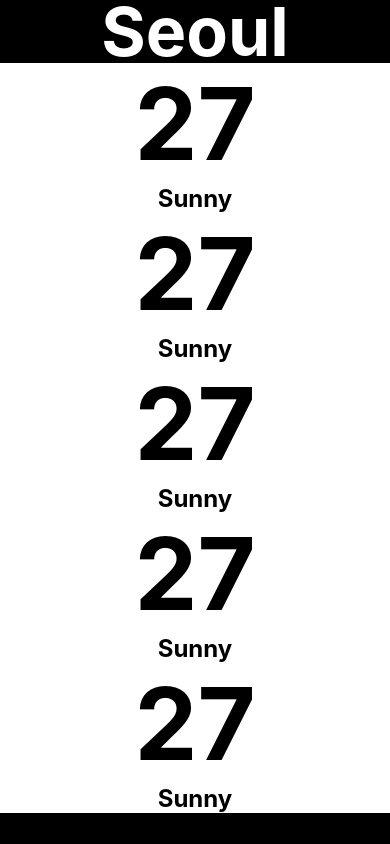
Repository: NewTurn2017/React-Native-Weather-App
Screen: /
The author's editor kept a copy of each file at every save. The screen is drawn from the files as they stood at one save, then again after a run of saves.
An inner scrolling area shows only its first screen. The app was drawn by React Native's web renderer in a window 390 px wide. The project was rebuilt for these pictures with package versions that can differ from the ones it lists, and the page was loaded fresh each time.

Above is the screen before, as saved 2023-04-21 10:59:36.

### App.js
import { StatusBar } from 'expo-status-bar'
import { View, Text, StyleSheet, ScrollView } from 'react-native'

export default function App() {
  return (
    <View style={styles.container}>
      <StatusBar style="light" />
      <View style={styles.city}>
        <Text style={styles.cityName}>Seoul</Text>
      </View>

      <ScrollView>
        <View style={styles.weather}>
          <View style={styles.day}>
            <Text style={styles.temp}>27</Text>
            <Text style={styles.description}>Sunny</Text>
          </View>
          <View style={styles.day}>
            <Text style={styles.temp}>27</Text>
            <Text style={styles.description}>Sunny</Text>
          </View>
          <View style={styles.day}>
            <Text style={styles.temp}>27</Text>
            <Text style={styles.description}>Sunny</Text>
          </View>
          <View style={styles.day}>
            <Text style={styles.temp}>27</Text>
            <Text style={styles.description}>Sunny</Text>
          </View>
          <View style={styles.day}>
            <Text style={styles.temp}>27</Text>
            <Text style={styles.description}>Sunny</Text>
          </View>
        </View>
      </ScrollView>
    </View>
  )
}
const styles = StyleSheet.create({
  container: {
    flex: 1,
    backgroundColor: 'black',
  },
  cityName: {
    color: 'white',
    fontSize: 68,
    fontWeight: 'bold',
  },
  city: {
    flex: 2,
    backgroundColor: 'black',
    alignItems: 'center',
    justifyContent: 'center',
  },
  weather: {
    flex: 3,
    backgroundColor: 'white',
    alignItems: 'center',
    justifyContent: 'center',
  },
  day: {
    justifyContent: 'space-around',
    alignItems: 'center',
    paddingHorizontal: 20,
  },
  temp: {
    color: 'black',
    fontSize: 100,
    fontWeight: 'bold',
  },
  description: {
    color: 'black',
    fontSize: 24,
    fontWeight: 'bold',
  },
})

After the next 2 saves:
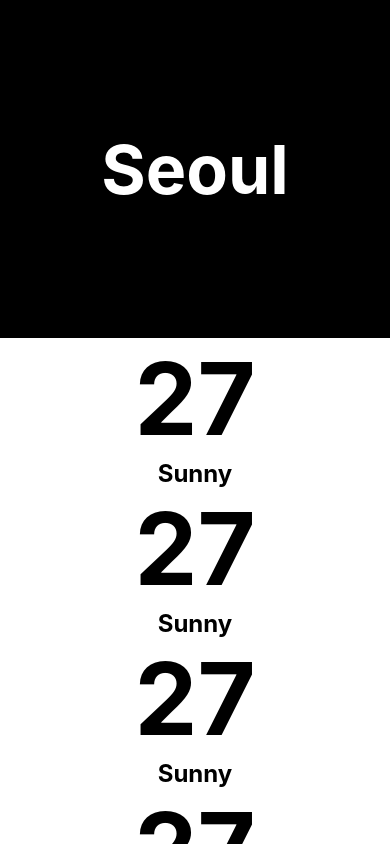
The 2 saves are shown as one change because 1 did not build or start.
The last was saved 73 s later.
--- a/App.js
+++ b/App.js
@@ -9,8 +9,8 @@ export default function App() {
         <Text style={styles.cityName}>Seoul</Text>
       </View>
 
-      <ScrollView>
-        <View style={styles.weather}>
+      <View style={styles.weather}>
+        <ScrollView>
           <View style={styles.day}>
             <Text style={styles.temp}>27</Text>
             <Text style={styles.description}>Sunny</Text>
@@ -31,8 +31,8 @@ export default function App() {
             <Text style={styles.temp}>27</Text>
             <Text style={styles.description}>Sunny</Text>
           </View>
-        </View>
-      </ScrollView>
+        </ScrollView>
+      </View>
     </View>
   )
 }
